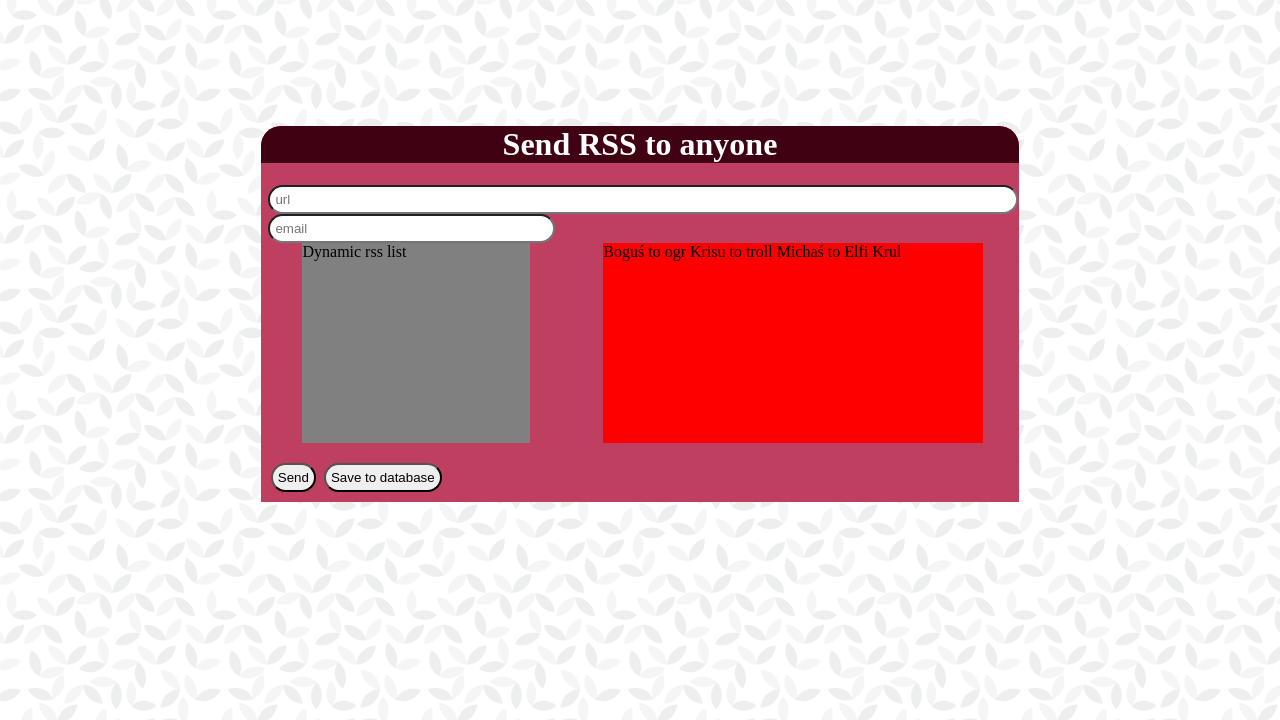
Repository: michalski9wsb/rss_final
Page: index.html
The author's editor kept a copy of each file at every save. The page is drawn from the files as they stood at one save, then again after the next save.
The browser window is 1280 px wide. The pictures show the whole page.
Some web fonts or font styles are not loaded; a fallback is used.

Above is the page before, as saved 2020-03-08 10:32:46.

After the next save:
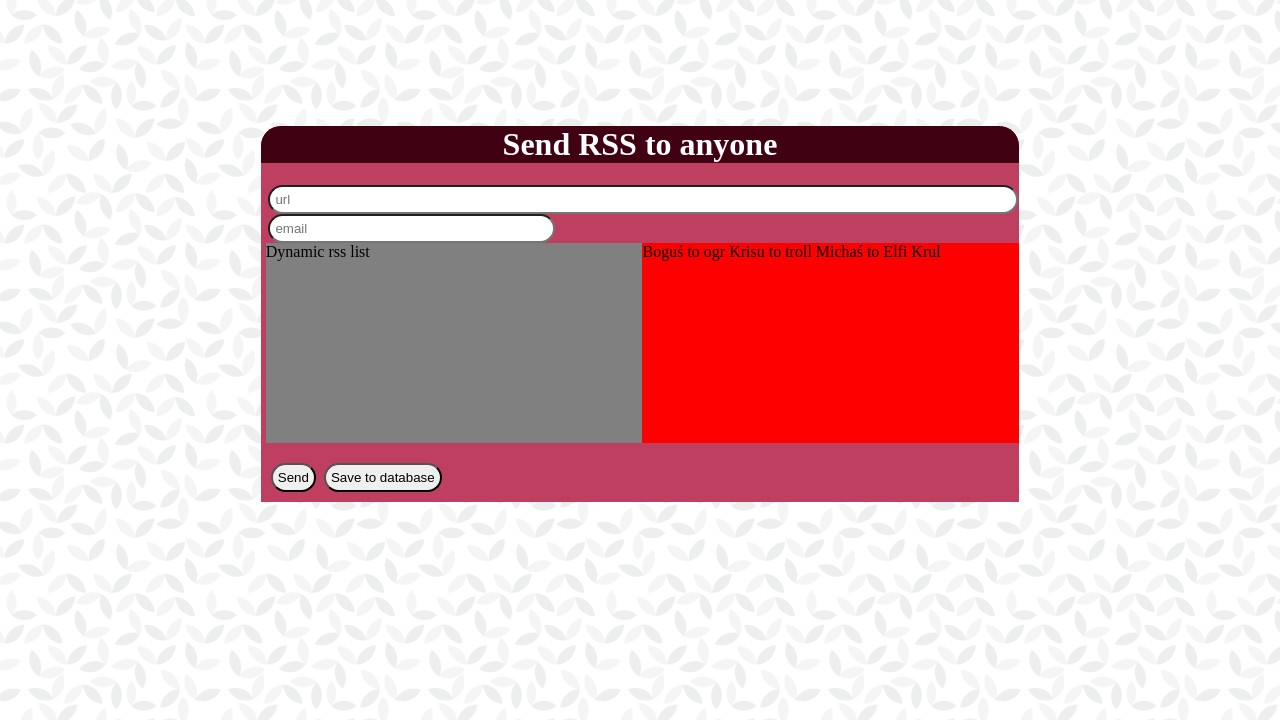
Saved 16 s later.
--- a/style.css
+++ b/style.css
@@ -38,7 +38,7 @@ button{
     flex-direction: column;
     margin-left: 5px;
     float: left;
-    width: 30%;
+    width: 50%;
     height: 200px;
 }
 .sendlist{
